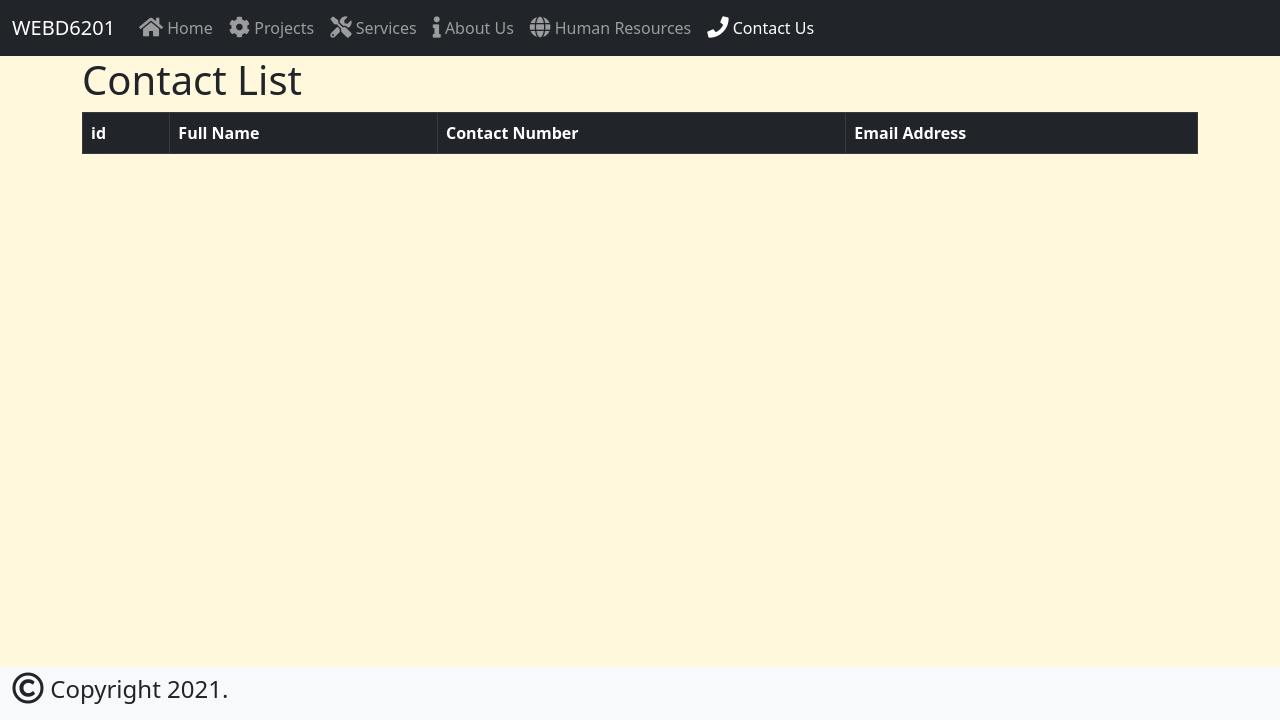
Repository: YiuWingLau/WEBD6201-W2021-Lab1
Page: contact-list.html
An editor plug-in stored every save of this project. The page is shown before and after the next save, followed by the edit.
The browser window is 1280 px wide. The pictures show the whole page.

Above is the page before, as saved 2021-02-04 03:14:24.

### contact-list.html
<!DOCTYPE html>
<html lang="en">
<head>
    <meta charset="UTF-8">
    <meta name="viewport" content="width=device-width, initial-scale=1.0">
    <title>Contact-List</title>
    <!-- CSS Section -->
    <link rel="stylesheet" href="./node_modules/bootstrap/dist/css/bootstrap.min.css">
    <link rel="stylesheet" href="./node_modules/@fortawesome/fontawesome-free/css/all.min.css">
    <link rel="stylesheet" href="./Content/app.css">
</head>
<body>
    <!-- Main Header -->
    <header>
        <!-- Main Navigation -->
        <nav class="navbar navbar-expand-lg navbar-dark bg-dark">
            <div class="container-fluid">
              <a class="navbar-brand" href="index.html">WEBD6201</a>
              <button class="navbar-toggler" type="button" data-bs-toggle="collapse" data-bs-target="#navbarSupportedContent" aria-controls="navbarSupportedContent" aria-expanded="false" aria-label="Toggle navigation">
                <span class="navbar-toggler-icon"></span>
              </button>
              <div class="collapse navbar-collapse" id="navbarSupportedContent">
                <ul class="navbar-nav me-auto mb-2 mb-lg-0">

                  <li id="navBarIndex" class="nav-item">
                    <a class="nav-link" aria-current="page" href="index.html"><i class="fas fa-home fa-lg"></i> Home</a>
                  </li>

                  <li id="navBarProjects" class="nav-item">
                    <a class="nav-link" aria-current="page" href="products.html"><i class="fas fa-cog fa-lg"></i> Products</a>
                  </li>

                  <li id="navBarServices" class="nav-item">
                    <a class="nav-link" aria-current="page" href="services.html"><i class="fas fa-tools fa-lg"></i> Services</a>




                  </li>

                  <li id="navBarAboutUs" class="nav-item">
                    <a class="nav-link" aria-current="page" href="about.html"><i class="fas fa-info fa-lg"></i> About Us</a>
                  </li>

                  <li id="navBarContactUs" class="nav-item">
                    <a class="nav-link active" aria-current="page" href="contact.html"><i class="fas fa-phone fa-lg"></i> Contact Us</a>
                  </li>

                </ul>
              </div>
            </div>
          </nav>
    </header>

    <!-- Main Content -->
    <main class="container">
        <h1>Contact List</h1>

        <div class="row">
          <div class="col">
            <table class="table table-striped table-bordered table-hover">
              <thead class="table-dark">
                <tr>
                  <th scope="col">id</th>
                  <th scope="col">Full Name</th>
                  <th scope="col">Contact Number</th>
                  <th scope="col">Email Address</th>
                </tr>
              </thead>
              <tbody id="contactList">
              </tbody>
            </table>
          </div>
        </div>
    </main>

    <!-- Main Footer -->
    <footer>
        <nav class="navbar fixed-bottom navbar-light bg-light">
            <div class="container-fluid">
              <h4><i class="far fa-copyright fa-lg"></i> Copyright 2021.</h4>
            </div>
          </nav>
    </footer>

    <!-- Script Section-->
    <script src="./node_modules/jquery/dist/jquery.min.js"></script>
    <script src="./node_modules/bootstrap/dist/js/bootstrap.bundle.min.js"></script>

    <script src="./Scripts/contact.js"></script>
    <script src="./Scripts/app.js"></script>
</body>
</html>

### Content/app.css
p {
    color: blue;
    font-family:Cambria, Cochin, Georgia, Times, 'Times New Roman', serif;
    font-style: italic;
    font-size: larger;
}

body {
    background-color: cornsilk;
}
#homepic {
    width: 1000px;
    height: 600px;
}

### Scripts/contact.js
"use strict";
// Contact Class
class Contact {
    // getters and setters
    get FullName()
    {
      return this.m_fullName;
    }

    set FullName(value)
    {
      this.m_fullName = value;
    }

    get ContactNumber()
    {
      return this.m_contactNumber;
    }

    set ContactNumber(value)
    {
      this.m_contactNumber = value;
    }

    get EmailAddress()
    {
      return this.m_emailAddress;
    }

    set EmailAddress(value)
    {
      this.m_emailAddress = value;
    }

    // constructor

    /**
     * @param {string} fullName
     * @param {string} contactNumber
     * @param {string} emailAddress
     */
    constructor(fullName = "", contactNumber = "", emailAddress = "")
    {
      this.FullName = fullName;
      this.ContactNumber = contactNumber;
      this.EmailAddress = emailAddress;
    }

    // methods

    /**
     * This method overrides the built-in toString method for the Contact class
     *
     * @returns {string}
     */
    toString()
    {
      return `Full Name     : ${this.FullName} \nContact Number: ${this.ContactNumber}\nEmail Address : ${this.EmailAddress}`;
    }

    /**
     * This method returns a JSON object made up of the properties of the Contact class
     *
     * @returns {Object}
     */
    toJSON()
    {
      return {
        "fullName": this.FullName,
        "contactNumber": this.ContactNumber,
        "emailAddress": this.EmailAddress
      }
    }

    /**
     * This method converts the Contact into a comma-separated value string
     *
     * @returns {string}
     */
    serialize()
    {
      if(this.FullName !== "" && this.ContactNumber !== "" && this.EmailAddress !== "")
      {
        return `${this.FullName},${this.ContactNumber},${this.EmailAddress}`;
      }
      else
      {
        console.error("One or more properties of the Contact is empty");
        return null;
      }
    }

    /**
     * This method takes a comma-separated data string and assigns the values to the Contact class properties
     *
     * @param {string} data
     * @return {void}
     */
    deserialize(data)
    {
      let propertyArray = data.split(",");
      this.FullName = propertyArray[0];
      this.ContactNumber = propertyArray[1];
      this.EmailAddress = propertyArray[2];
    }
  }

### Scripts/app.js
/* custom JavaScript goes here */

//IIFE - Immediately Invoked Function Expression
//AKA - Anonymous Self-Executing Function
//Closure - limits scope leak

"use strict";

(function()
{
    function displayHome()
    {
        let myhomebackground = document.createElement("img");
        myhomebackground.setAttribute("id", "homepic");
        myhomebackground.setAttribute("src", "./images/homepagebackground.jpg");
        myhomebackground.setAttribute("alt", "Computer Programmer");

        // Step 1. document.createElement
        let newParagraph = document.createElement("p");
        // Step 2. configure the element
        newParagraph.setAttribute("id", "paragraphTwo");
        newParagraph.textContent = "This is my home page";
        // Step 3. select the parent element
        let mainContent = document.getElementsByTagName("main")[0];
        mainContent.appendChild(myhomebackground);
        // Step 4. Add / Insert the element
        mainContent.appendChild(newParagraph);
        newParagraph.className = "fs-6";
    }

    function displayAbout()
    {
        //create new element Human Resources
        let myPicture = document.createElement("img");
        myPicture.setAttribute("id", "myImage");
        myPicture.setAttribute("src", "./images/img_me.jpg");
        myPicture.setAttribute("alt", "Nelson Lau");
        myPicture.setAttribute("width", "192");
        myPicture.setAttribute("height", "108");

        // Step 1. document.createElement
        let ParagraphOne = document.createElement("p");
        // Step 2. configure the element
        ParagraphOne.setAttribute("id", "myIntroduction");
        ParagraphOne.textContent = "Here are my favourite projects.";
        // Step 3. select the parent element
        let mainContent = document.getElementsByTagName("main")[0];
        mainContent.appendChild(myPicture);
        // Step 4. Add / Insert the element
        mainContent.appendChild(ParagraphOne);
        ParagraphOne.className = "fs-lg";

    }

    function displayProjects()
    {
        // Step 1. document.createElement
        let newParagraph = document.createElement("p");
        // Step 2. configure the element
        newParagraph.setAttribute("id", "myprojects");
        newParagraph.textContent = "Here are my famourite projects.";
        // Step 3. select the parent element
        let mainContent = document.getElementsByTagName("main")[0];
        // Step 4. Add / Insert the element
        mainContent.appendChild(newParagraph);
        newParagraph.className = "fs-12";
    }

    function displayHumanResources()
    {

    }

    function displayServices()
    {

        // another way of injecting content
        let paragraphDiv = document.createElement("div");
        let paragraphThree = `<p id="paragraphThree" class="fs-7 fw-bold">And this is the Third Paragraph</p>`;
        paragraphDiv.innerHTML = paragraphThree;

        // insertions

        // example of inserting before a node
        // newParagraph.before(paragraphDiv);

        // example of inserting after a node
        newParagraph.after(paragraphDiv);

        // deletions

        // example of removing a single element
        //paragraphOneElement.remove();

        // example of removeChild
       // mainContent.removeChild(paragraphOneElement);
        // update / modification
        //mainContent.firstElementChild.textContent = "Welcome Home!";
    }

    function displayContact()
    {
        let messageArea = document.getElementById("messageArea");
        messageArea.hidden = true;

        // form validation
        let fullName = document.getElementById("fullName");
        fullName.addEventListener("blur", function() {
            if(fullName.value.length < 2)
            {
                fullName.focus();
                fullName.select();
                messageArea.hidden = false;
                messageArea.className = "alert alert-danger";
                messageArea.textContent = "Please enter an appropriate Name";
            }
            else
            {
                messageArea.removeAttribute("class");
                messageArea.hidden = true;
            }
        });

        let sendButton = document.getElementById("sendButton");
        sendButton.addEventListener("click", function(event){
            //event.preventDefault();

            let contact = new Contact(fullName.value, contactNumber.value, emailAddress.value);

            if(contact.serialize())
            {
              localStorage.setItem((localStorage.length + 1).toString(), contact.serialize());
            }

        });
    }

    function displayContactList()
    {
      if (localStorage.length > 0)
      {
        let contactList = document.getElementById("contactList");

        let data = "";

        for (let index = 0; index < localStorage.length; index++)
        {
          let contactData = localStorage.getItem((index + 1).toString());

          let contact = new Contact();
          contact.deserialize(contactData);

          data += `<tr>
          <th scope="row">${index + 1}</th>
          <td>${contact.FullName}</td>
          <td>${contact.ContactNumber}</td>
          <td>${contact.EmailAddress}</td>
        </tr>`;
        }

        contactList.innerHTML = data;
      }
    }

    // function to correct the wrong link and text content in navigation bar
    function changeNavBarName()
    {
        let navName = document.getElementById("navBarProjects");
        navName.innerHTML = `<a class='nav-link' aria-current='page' href='projects.html'><i class="fas fa-cog fa-lg"></i> Projects</a>`;
    }

    // function to add Human Resource element to Nav Bar between About Us and Contact Us
    function addNewNavBarElement()
    {
        //create new element Human Resources
        let newListElement = document.createElement("li");
        newListElement.setAttribute("id", "navBarHumanResources");
        newListElement.setAttribute("class", "nav-item");
        newListElement.innerHTML = `<a class='nav-link' aria-current='page' href='Human-Resources.html'><i class="fas fa-globe fa-lg"></i> Human Resources</a>`;
        // append new element after About Us
        let aboutUsListElement = document.getElementById("navBarAboutUs");
        aboutUsListElement.after(newListElement);
    }

    function Start()
    {
        console.log("App Started...");

        changeNavBarName();

        addNewNavBarElement();

        switch (document.title)
        {
          case "Home":
              displayHome();
            break;
          case "About":
              displayAbout();
            break;
          case "Projects":
              displayProjects();
            break;
          case "Human Resources":
              displayHumanResources();
            break;
          case "Services":
              displayServices();
            break;
          case "Contact":
              displayContact();
            break;
          case "Contact-List":
            displayContactList();
          break;
        }

    }

    window.addEventListener("load", Start);

})();

Loaded but not shown: node_modules/bootstrap/dist/css/bootstrap.min.css (library); node_modules/@fortawesome/fontawesome-free/css/all.min.css (library); node_modules/jquery/dist/jquery.min.js (library); node_modules/bootstrap/dist/js/bootstrap.bundle.min.js (library)

After the next save:
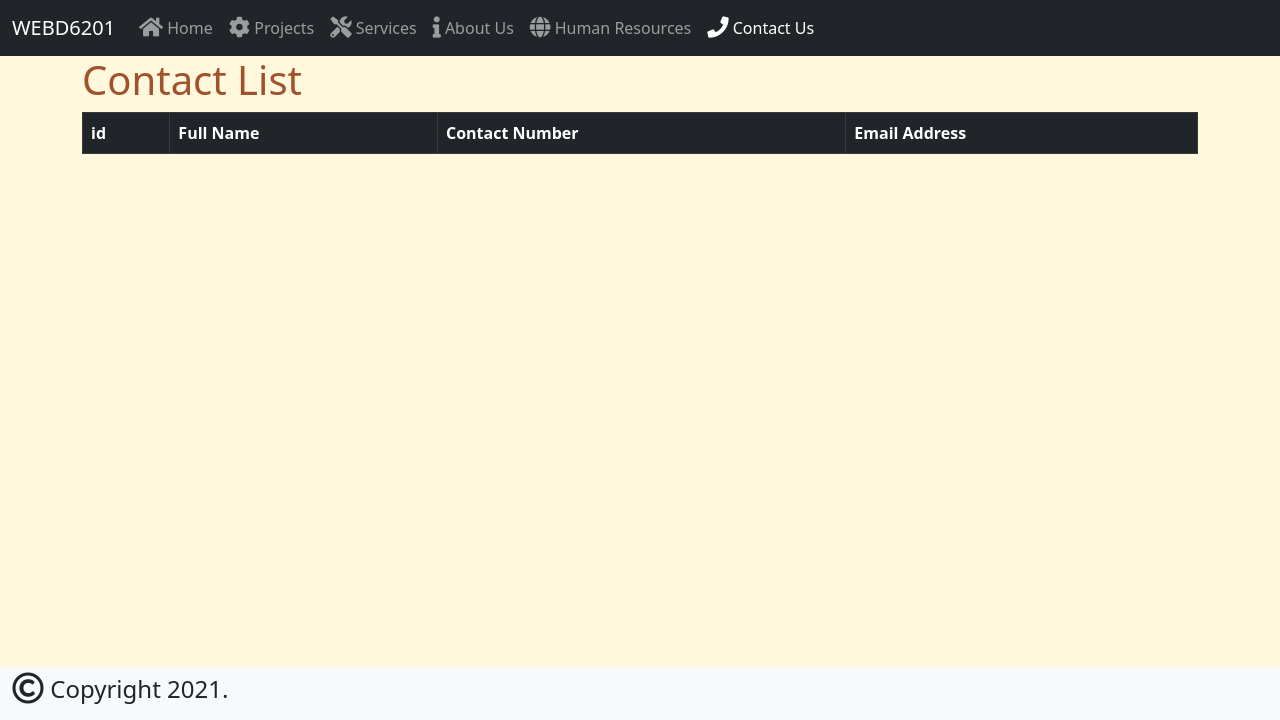
Saved 101 s later.
--- a/Content/app.css
+++ b/Content/app.css
@@ -1,3 +1,8 @@
+h1 {
+    color: sienna;
+
+}
+
 p {
     color: blue;
     font-family:Cambria, Cochin, Georgia, Times, 'Times New Roman', serif;
@@ -8,6 +13,7 @@ p {
 body {
     background-color: cornsilk;
 }
+
 #homepic {
     width: 1000px;
     height: 600px;
